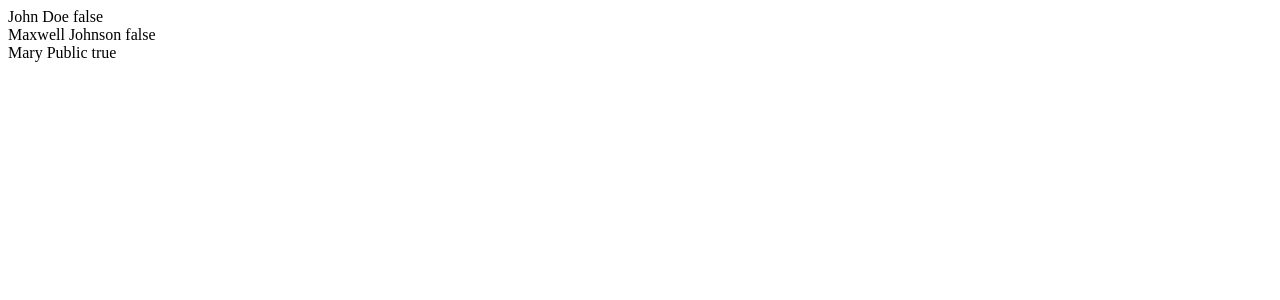
Repository: linhphan98/JavaDatabase
Page: http://localhost/JSTLtagDemo/forEach-Student.jsp
The author's editor kept a copy of each file at every save. The page is drawn from the files as they stood at one save, then again after the next save.
The browser window is 1280 px wide. The pictures show the whole page.
The page is served by Tomcat 9.

Above is the page before, as saved 2020-01-14 19:02:30.

### JSTLtagDemo/WebContent/forEach-Student.jsp
<%@ taglib uri="http://java.sun.com/jsp/jstl/core" prefix = "c" %>
<%@ page import="java.util.*, jsp.tagDemo.Student" %>

<%
	// create some data
	List<Student> data = new ArrayList<>();

	data.add(new Student("John", "Doe", false));
	data.add(new Student("Maxwell", "Johnson", false));
	data.add(new Student("Mary", "Public", true));

	pageContext.setAttribute("myStudents", data);
%>

<html>
	<body>
		<c:forEach var="tempStudent" items="${myStudents}">
			${tempStudent.firstName} ${tempStudent.lastName} ${tempStudent.goldCustomer} <br/>
		</c:forEach>
	</body>
</html>

### JSTLtagDemo/src/jsp/tagDemo/Student.java
package jsp.tagDemo;

public class Student {

	private String firstName, lastName;
	private boolean goldCustomer;

	public Student(String firstName, String lastName, boolean goldCustomer) {
		super();
		this.firstName = firstName;
		this.lastName = lastName;
		this.goldCustomer = goldCustomer;
	}

	public void setGoldCustomer(boolean goldCustomer) {
		this.goldCustomer = goldCustomer;
	}
	public void setFirstName(String firstName) {
		this.firstName = firstName;
	}
	public void setLastName(String lastName) {
		this.lastName = lastName;
	}

	public String getFirstName() {
		return firstName;
	}
	public String getLastName() {
		return lastName;
	}
	public boolean isGoldCustomer() {
		return goldCustomer;
	}

}

After the next save:
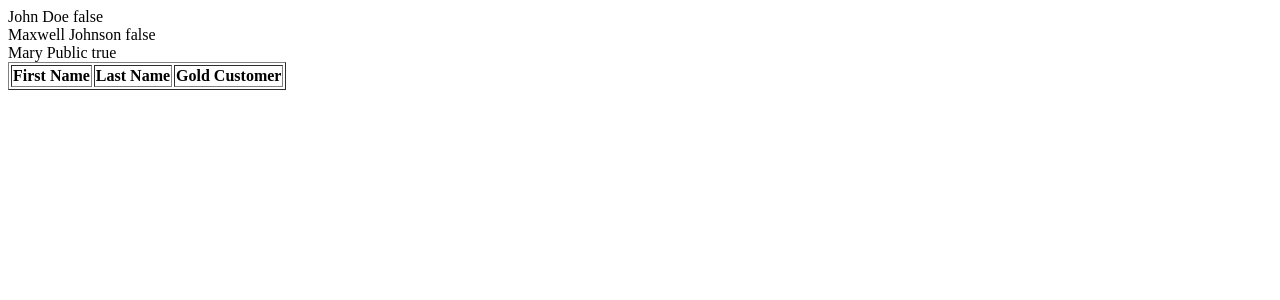
Saved 81 s later.
--- a/JSTLtagDemo/WebContent/forEach-Student.jsp
+++ b/JSTLtagDemo/WebContent/forEach-Student.jsp
@@ -14,8 +14,17 @@
 
 <html>
 	<body>
+	<table border="1">
+
+		<tr>
+			<th>First Name</th>
+			<th>Last Name</th>
+			<th>Gold Customer</th>
+		</tr>
 		<c:forEach var="tempStudent" items="${myStudents}">
 			${tempStudent.firstName} ${tempStudent.lastName} ${tempStudent.goldCustomer} <br/>
 		</c:forEach>
+	</table>
+
 	</body>
 </html>
